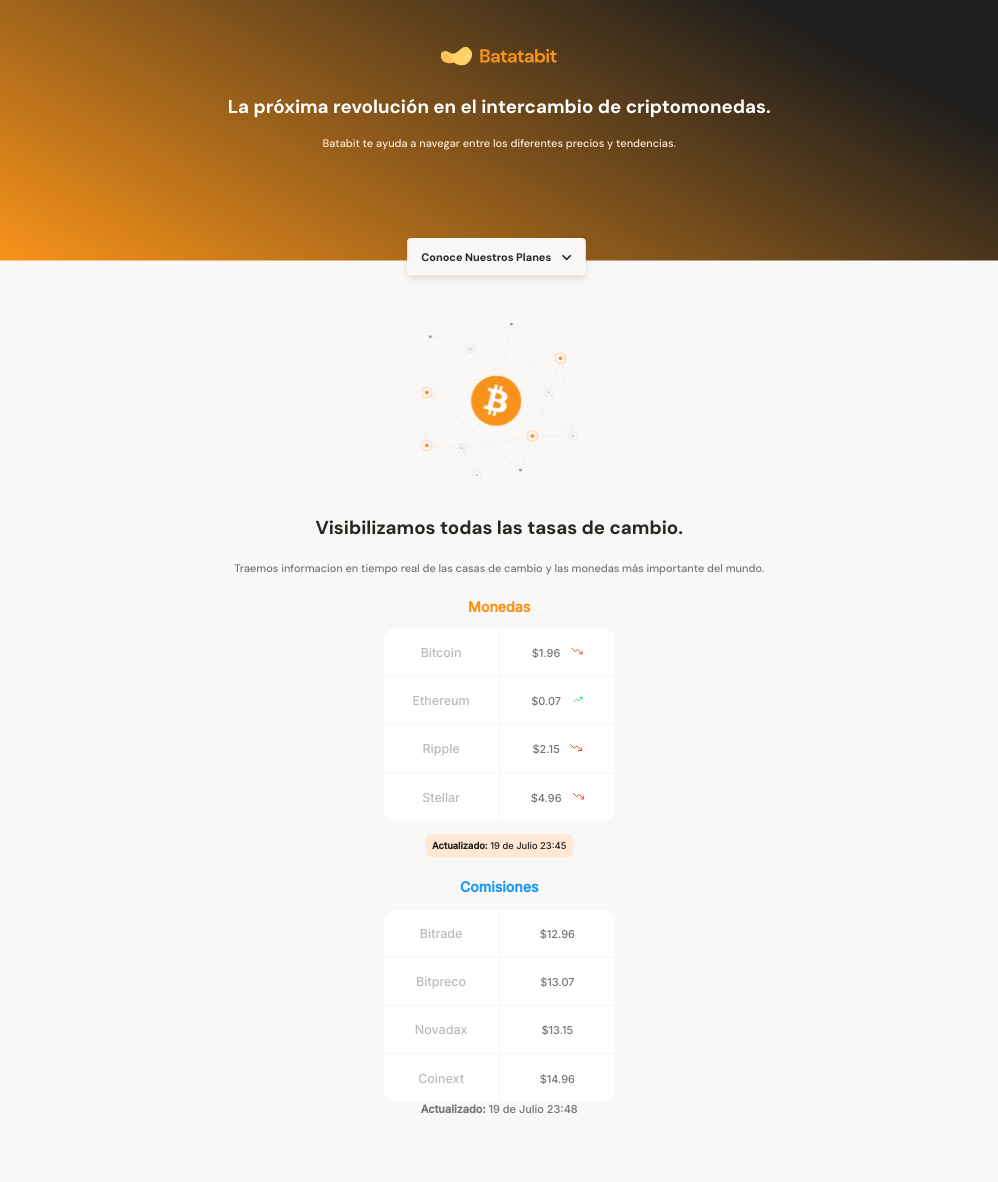
Repository: EnzoSz/Mobile-First
Page: index.html
These files come from the project's save history. The page is drawn as it stood at one moment and after the next save; the edit follows.
The browser window is 1280 px wide. The pictures show the whole page, at 78% of full size.

Above is the page before, as saved 2021-01-28 22:12:22.

### index.html
<!DOCTYPE html>
<html lang="en">
<head>
    <meta charset="UTF-8">
    <meta name="viewport" content="width=device-width, initial-scale=1.0">
    <title>Document</title>
    <link rel="preconnect" href="https://fonts.gstatic.com">
    <link href="https://fonts.googleapis.com/css2?family=DM+Sans:wght@400;500;700&family=Inter:wght@300;500&display=swap" rel="stylesheet">
    <link rel="stylesheet" href="./estilos.css">
</head>
<body>
    <header>
        <img src="./assets/img/logo.svg" alt="">
        <div class="header--title-container">
            <h1>La próxima revolución en el intercambio de criptomonedas.</h1>
            <p>Batabit te ayuda a navegar entre los diferentes precios y tendencias.</p>
            <a href="" class="header--button">Conoce Nuestros Planes <span></span></a>
        </div>
    </header>
    <main>
        <section class="main-exchange-container">
            <div class="backgroundImg"></div>
            <div class="main.exchange-container--title">
                <h2>Visibilizamos todas las tasas de cambio.</h2>
                <p>
                    Traemos informacion en  tiempo real de las casas de cambio y las monedas más importante del mundo.

                </p>
            </div>
            <section class="main-tables-container">
                <div class="main-currency-table">
                    <p class="currency-table--title">Monedas</p>
                    <div class="currency-table--container">
                        <table>
                            <tr>
                                <td class="table__top-left">Bitcoin</td>
                                <td class="table__top-right table__right">$1.96 <span class="down"></span></td>
                            </tr>
                            <tr>
                                <td>Ethereum</td>
                                <td class="table__right">$0.07 <span class="up"></span></td>
                            </tr>
                            <tr>
                                <td>Ripple</td>
                                <td class="table__right">$2.15 <span class="down"></span></td>
                            </tr>
                            <tr>
                                <td class="table__bottom-left">Stellar</td>
                                <td class="table__bottom-right table__right">$4.96 <span class="down"></span></td>
                            </tr>
                        </table>
                    </div>
                    <div class="currency-table-date">
                        <p>
                            <b>Actualizado:</b> 19 de Julio 23:45
                        </p>
                    </div>
                </div>
                <div class="main-commissions-table">
                    <p class="commissions-table--title">Comisiones</p>
                    <div class="commissions-table--container">
                        <table>
                            <tr>
                                <td class="table__top-left">Bitrade</td>
                                <td class="table__top-right table__right">$12.96</td>
                            </tr>
                            <tr>
                                <td>Bitpreco</td>
                                <td class="table__right">$13.07</td>
                            </tr>
                            <tr>
                                <td>Novadax</td>
                                <td class="table__right">$13.15</td>
                            </tr>
                            <tr>
                                <td class="table__bottom-left">Coinext</td>
                                <td class="table__bottom-right table__right">$14.96</td>
                            </tr>
                        </table>
                    </div>
                    <div class="commissions-table-date">
                        <p>
                            <b>Actualizado:</b> 19 de Julio 23:48
                        </p>
                    </div>
                </div>
            </section>
        </section>
        <section></section>
        <section></section>
        <section></section>
    </main>
    <footer></footer>
</body>
</html>

### estilos.css
/*
1. Posicionamiento
2. Modelo de caja (Box model)
3. Tipografía
4. Visuales
5. Otros
*/
:root {
    /*Colores */
    --bitcoin-orange: #F7931A;
    --soft-orange: #FFE9D5;
    --secondary-blue: #1A9AF7;
    --soft-blue: #E7F5FF;
    --warm-black: #201E1C;
    --warm-black1: #282623;
    --grey: #BABABA;
    --off-white: #FAF8F7;
    --just-white: #FFFFFF;
}
* {
    box-sizing: border-box;
    margin: 0;
    padding: 0;
}
html {
    font-size: 62.5%;
    font-family: 'DM Sans', sans-serif;
}
header {
    position: relative;
    display: flex;
    flex-direction: column;
    justify-content: center;
    width: 100%;
    min-width: 32rem;
    height: 33.4rem;
    text-align: center;
    background: linear-gradient(207.8deg, #201E1C 16.69%, #F7931A 100%);;
}
header img {
    width: 15rem;
    height: 2.4rem;
    margin-top: 6.0rem;
    align-self:center;
}
.header--title-container {
    width: 90%;
    min-width: 28.8rem;
    max-width: 90rem;
    height: 21.8rem;
    margin-top: 4rem;
    text-align: center;
    align-self:center;

}
.header--title-container h1 {
    font-size: 2.4rem;
    font-weight: bold;
    line-height: 2.6rem;
    color: var(--just-white);
}
.header--title-container p {
    margin-top: 25px;
    font-size: 1.4rem;
    font-weight: 500;
    line-height: 1.8rem;
    color: var(--soft-orange);
}
.header--title-container .header--button {
    position: absolute;
    left: calc(50% - 118px);
    top: 270px;
    display: block;
    margin-top: 35px;
    padding: 15px;
    width: 229px;
    height: 48px;
    background-color: var(--off-white);
    /*Sombra*/
    box-shadow: 0px 4px 8px rgba(89, 73, 30, 0.16);
    border: none;
    border-radius: 5px;
    font-size: 1.4rem;
    font-weight: bold;
    text-decoration: none;
    color: var(--warm-black1);
}
.header--button span {
    display: inline-block;
    width: 13px;
    height: 8px;
    margin-left: 10px;
    background-image: url('./assets/icons/arrow-down.svg');
}
main {
    width: 100%;
    height: auto;
    background-color: var(--off-white);
}
.main-exchange-container {
    width: 100%;
    height: auto;
    padding-top: 80px;
    padding-bottom: 30px;
    text-align: center;
}
.main-exchange-container--title {
    width: 90%;
    min-width: 288px;
    max-width: 900px;
    margin: 0 auto;
}
.main-exchange-container .backgroundImg {
    width: 200px;
    height: 200px;
    margin: 0 auto;
    margin-bottom: 50px;
    background-image:url('./assets/img/bitcoin.svg');
    background-size: cover;
    background-position: center;
    background-repeat: no-repeat;
}
.main-exchange-container h2 {
    margin-bottom: 30px;
    font-size: 2.4rem;
    font-weight: bold;
    line-height: 2.6rem;
    color: var(--warm-black1);
}
.main-exchange-container p {
    margin-bottom: 30px;
    font-size: 1.4rem;
    font-weight: 500;
    line-height: 1.6rem;
    color: #757575;
}
.main-currency-table, .main-commissions-table {
    width: 70%;
    min-width: 235px;
    max-width: 500px;
    height: 360px;
    margin: 0 auto;
    font-family: "Inter", sans-serif;
}
.main-currency-table .currency-table--title {
    margin-bottom: 15px;
    font-size: 1.8rem;
    font-weight: bold;
    line-height: 2.3rem;
    color: var(--bitcoin-orange);
}
.currency-table--container, .commissions-table--container {
    width: 90%;
    min-width: 230px;
    max-width: 300px;
    height: 250px;
    margin: 0 auto;
}
.currency-table--container table, .commissions-table--container table {
    width: 100%;
    height: 100%;
}
.currency-table--container td, .commissions-table--container td {
    width: 50%;
    font-size: 1.6rem;
    font-weight: 500;
    line-height: 1.9rem;
    color: var(--grey);
    background-color: var(--just-white);
}
.currency-table--container .table__top-left, .commissions-table--container .table__top-left {
    border-radius: 15px 0 0 0;
}
.currency-table--container .table__top-right, .commissions-table--container .table__top-right {
    border-radius: 0 15px 0 0;
}
.currency-table--container .table__bottom-left, .commissions-table--container .table__bottom-left {
    border-radius: 0 0 0 15px;
}
.currency-table--container .table__bottom-right, .commissions-table--container .table__bottom-right {
    border-radius: 0 0 15px 0;
}
.currency-table--container .table__right, .commissions-table--container .table__right {
    font-size: 1.4rem;
    font-weight: normal;
    line-height: 1.7rem;
    color: #757575;
}
.currency-table--container .down {
    display: inline-block;
    width: 15px;
    height: 15px;
    margin-left: 10px;
    background-image: url('./assets/icons/trending-down.svg');
    background-size: cover;
    background-position: center;
    background-repeat: no-repeat;
}
.currency-table--container .up {
    display: inline-block;
    width: 15px;
    height: 15px;
    margin-left: 10px;
    background-image:url('./assets/icons/trending-up.svg');
    background-position: center;
    background-repeat:no-repeat;
}
.currency-table-date {
    width: 190px;
    height: 30px;
    margin: 0 auto;
    margin-top: 15px;
    padding: 8px;
    background-color: var(--soft-orange);
    border-radius: 8px;
}
.currency-table-date p {
    font-size: 1.2rem;
    line-height: 1.5rem;
    color: var(--warm-black);
}
.main-commissions-table .commissions-table--title {
    margin-bottom: 15px;
    font-size: 1.8rem;
    font-weight: bold;
    line-height: 2.3rem;
    color: var(--secondary-blue);
}

After the next save:
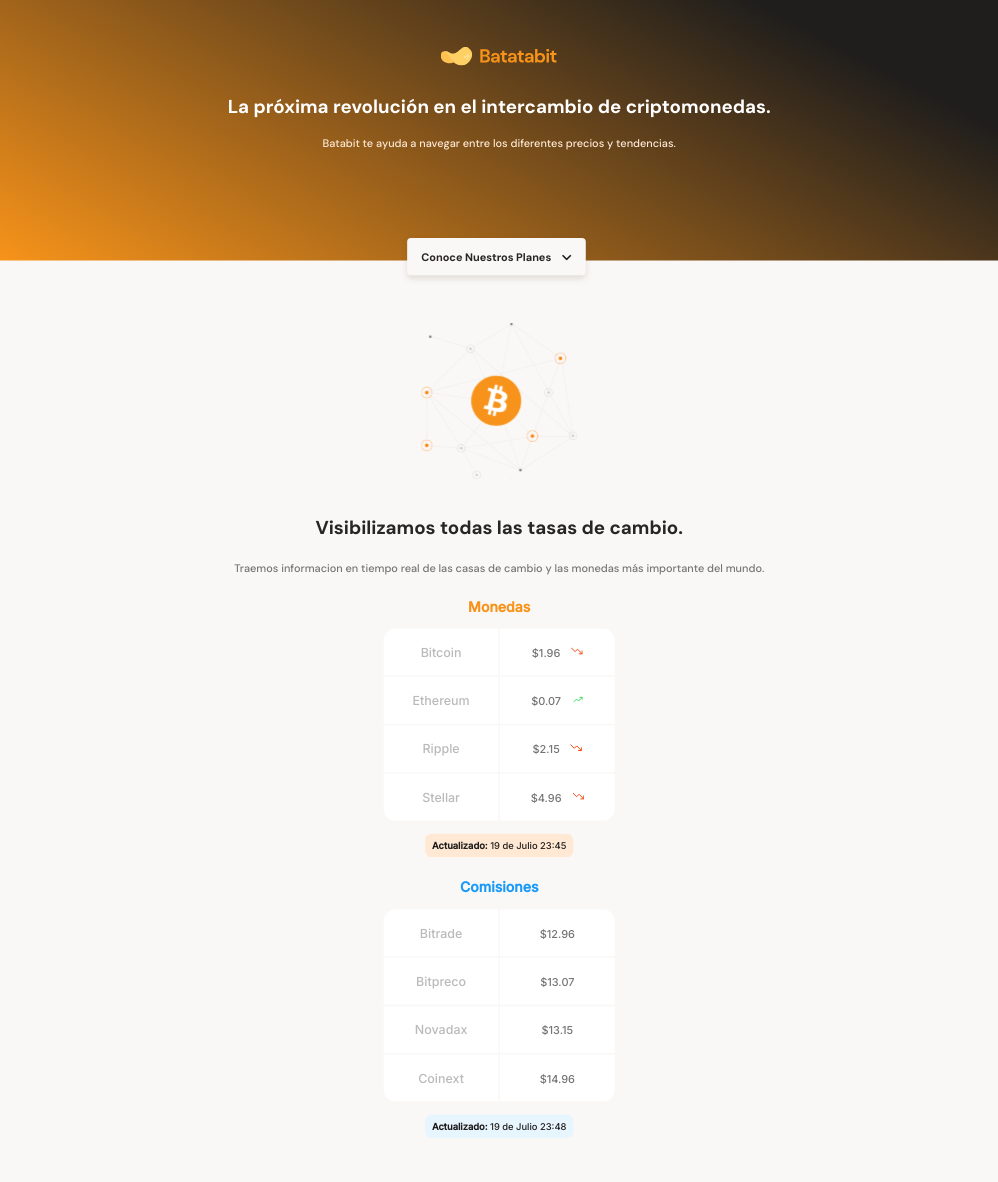
Saved 8 min 16 s later.
--- a/estilos.css
+++ b/estilos.css
@@ -226,3 +226,17 @@
     line-height: 2.3rem;
     color: var(--secondary-blue);
 }
+.commissions-table-date {
+    width: 190px;
+    height: 30px;
+    margin: 0 auto;
+    margin-top: 15px;
+    padding: 8px;
+    background-color: var(--soft-blue);
+    border-radius: 8px;
+}
+.commissions-table-date p {
+    font-size: 1.2rem;
+    line-height: 1.5rem;
+    color: var(--warm-black);
+}
